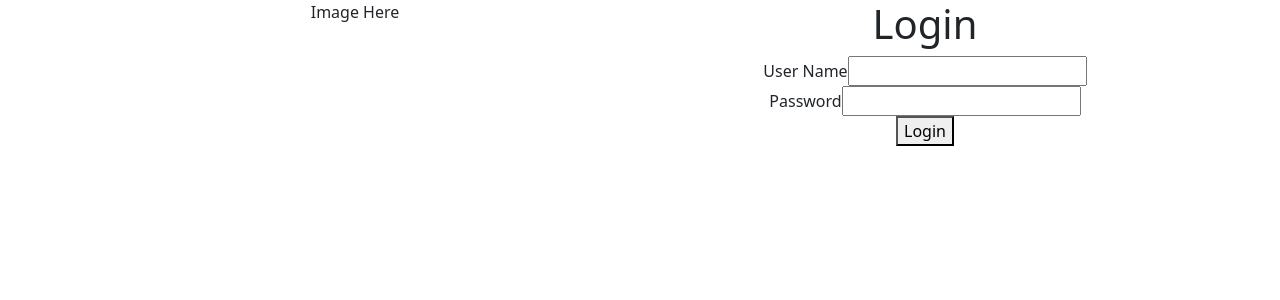
Repository: oboioz/SimpleTodoApp
Page: /login (app in SimpleTodoAppFrontEnd/todo-app/)
The author's editor kept a copy of each file at every save. The page is drawn from the files as they stood at one save, then again after the next save.
The browser window is 1280 px wide. The pictures show the whole page.
The project was rebuilt for these pictures with package versions that can differ from the ones it lists, and the page was loaded fresh each time. Also part of the build but not shown: SimpleTodoAppFrontEnd/todo-app/src/components/todo/Login/LoginStyle.css.

Above is the page before, as saved 2024-04-03 19:46:34.

### SimpleTodoAppFrontEnd/todo-app/src/App.js
import 'bootstrap/dist/css/bootstrap.min.css';
import './App.css';
import TodoApp from './components/TodoApp';

function App() {
  return (
    <div className="App">
      <TodoApp />
    </div>
  )
}

export default App;

### SimpleTodoAppFrontEnd/todo-app/src/components/TodoApp.jsx
import LoginComponent from "./todo/Login/LoginComponent";

export default function TodoApp() {
    return (
        <div className="todo-app">
            <LoginComponent />
        </div>
    )
}

### SimpleTodoAppFrontEnd/todo-app/src/components/todo/Login/LoginComponent.jsx
import './LoginStyle.css';


function LoginComponent() {

    return (
        <div className="Login container">
            <div className="row">
                <div className="col image">
                    Image Here
                </div>
                <div className="col form">
                    <h1>Login</h1>
                    <div className="LoginForm">
                        <div>
                            <label>User Name</label>
                            <input type="text" name="username" />
                        </div>
                        <div>
                            <label>Password</label>
                            <input type="password" name="password" />
                        </div>

                        <button type="button" name="login">Login</button>
                    </div>
                </div>
            </div>
        </div>

    )

}

export default LoginComponent;

Loaded but not shown: SimpleTodoAppFrontEnd/todo-app/public/index.html (common file); SimpleTodoAppFrontEnd/todo-app/src/index.js (common file); SimpleTodoAppFrontEnd/todo-app/src/index.css (common file); SimpleTodoAppFrontEnd/todo-app/src/reportWebVitals.js (common file); SimpleTodoAppFrontEnd/todo-app/src/App.css (common file)

After the next save:
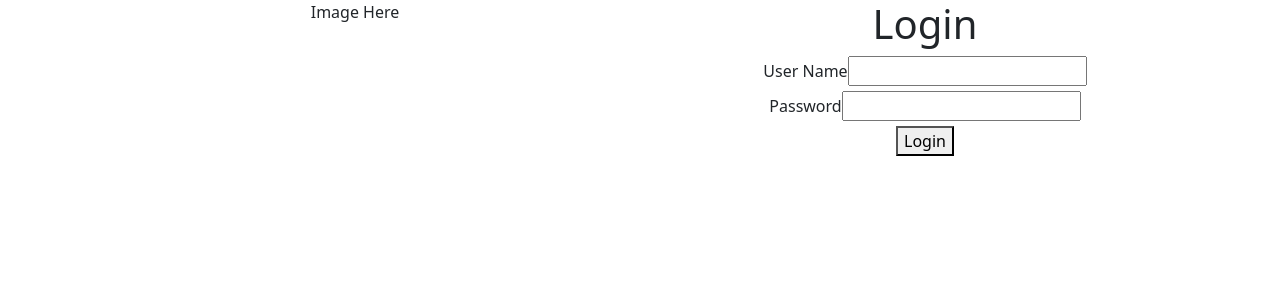
Saved 50 s later.
--- a/SimpleTodoAppFrontEnd/todo-app/src/components/todo/Login/LoginComponent.jsx
+++ b/SimpleTodoAppFrontEnd/todo-app/src/components/todo/Login/LoginComponent.jsx
@@ -13,11 +13,11 @@ function LoginComponent() {
                     <h1>Login</h1>
                     <div className="LoginForm">
                         <div>
-                            <label>User Name</label>
+                            <label className="form-label">User Name</label>
                             <input type="text" name="username" />
                         </div>
                         <div>
-                            <label>Password</label>
+                            <label className="form-label">Password</label>
                             <input type="password" name="password" />
                         </div>
 
